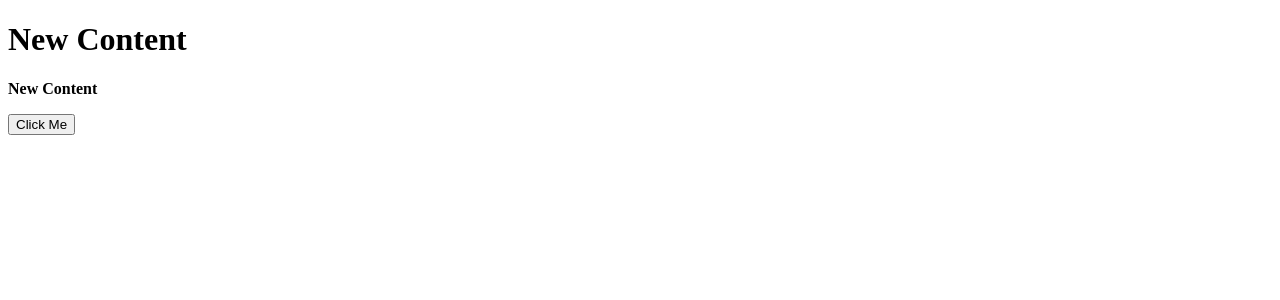
Repository: shriguru-varshini/CarRental
Page: shop/src/main/resources/static/index.html
An editor plug-in stored every save of this project. The page is shown before and after the next save, followed by the edit.
The browser window is 1280 px wide. The pictures show the whole page.

Above is the page before, as saved 2025-02-28 04:51:42.

After the next save:
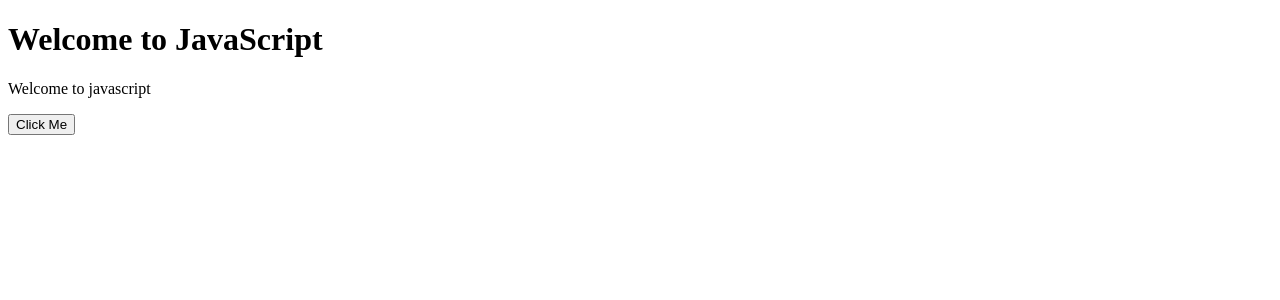
Console error: SyntaxError: missing ) after argument list
Saved 7 min 17 s later.
--- a/shop/src/main/resources/static/index.html
+++ b/shop/src/main/resources/static/index.html
@@ -343,18 +343,43 @@
 </body>
 <script>
 
-	function fetchData(callback) {
+	/*function fetchData(callback) {
     	 console.log("fetching data----------");
         setTimeout(() => {
             let data = { name: "Varshini", age: 24 };
             callback(data);
         }, 3000);
-    }
-    function processData(data) {
+    }*/
+    function fetchData(){
+
+    	return new Promise((reslove, reject) =>{
+    		console.log("Fetching data .....");
+
+    		setTimeout(() => {
+    			let success = true;
+    			if(success){
+    				resolve({ name: "Varshini", age:25});
+    			}
+    			else{
+    				reject("Error : Failed to fetch data");
+    			}
+    		},3000);
+    	});
+
+    }
+
+    fetchData()
+    	.then((data) =>{
+    		console.log("Processing Data...",data);
+    	})
+    	.catch((error) =>{
+    		console.log(error);
+    	}
+   /* function processData(data) {
         console.log("Processing data....", data);
     }
 
-    fetchData(processData);
+    fetchData(processData);*/
 
  // Select elements by ID
  const heading = document.getElementById('heading');

After the 2 saves that followed:
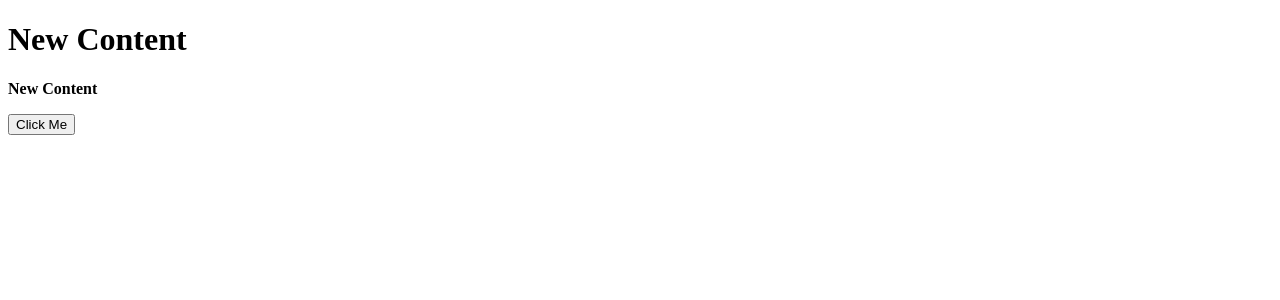
The error is gone.
The 2 saves are shown as one change because 1 left the picture as it was.
The last was saved 2 min 48 s later.
--- a/shop/src/main/resources/static/index.html
+++ b/shop/src/main/resources/static/index.html
@@ -350,31 +350,29 @@
             callback(data);
         }, 3000);
     }*/
-    function fetchData(){
-
-    	return new Promise((reslove, reject) =>{
-    		console.log("Fetching data .....");
-
-    		setTimeout(() => {
-    			let success = true;
-    			if(success){
-    				resolve({ name: "Varshini", age:25});
-    			}
-    			else{
-    				reject("Error : Failed to fetch data");
-    			}
-    		},3000);
-    	});
-
-    }
-
-    fetchData()
-    	.then((data) =>{
-    		console.log("Processing Data...",data);
-    	})
-    	.catch((error) =>{
-    		console.log(error);
+
+    	function fetchData() {
+        	return new Promise((resolve, reject) => {
+        		console.log("fetching data----------");
+            	setTimeout(() => {
+            		let success =false;
+            		if(success){
+                		resolve({ name: "Harshiiii", age: 24 });
+            		}
+            		else {
+            			reject("Error : Failed to fetch data");
+            		}
+            	}, 3000);
+        	});
     	}
+
+    	fetchData()
+        	.then(data => {
+        	    console.log("Processing data------",data);
+        	})
+        	.catch(error => {
+         	   console.error(error);
+    		});
    /* function processData(data) {
         console.log("Processing data....", data);
     }
